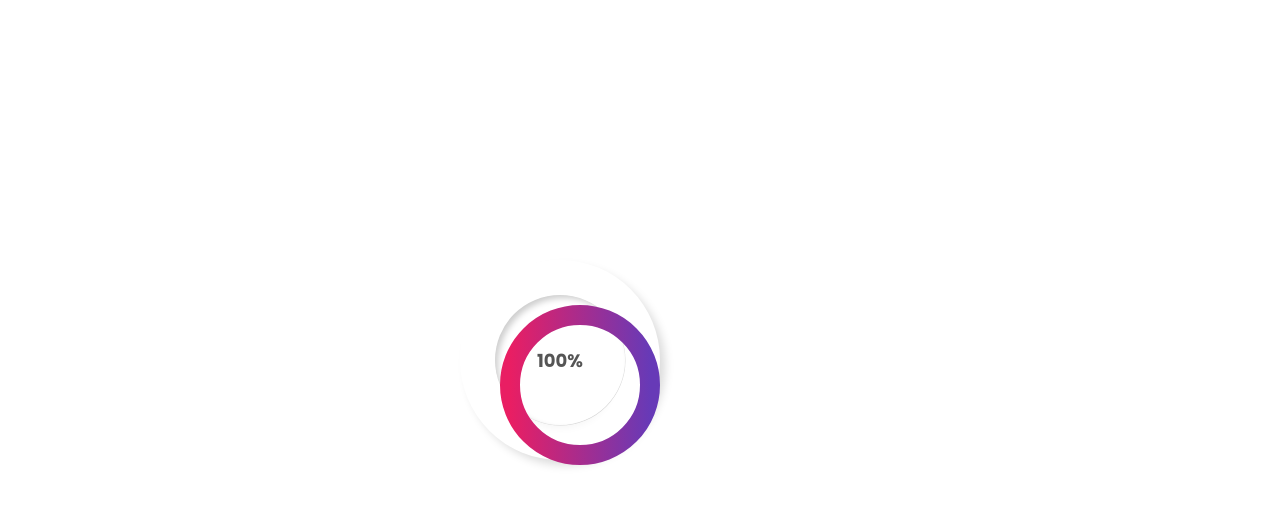
Repository: Ankitkr2021/Loader-Spinner
Page: index.html
An editor plug-in stored every save of this project. The page is shown before and after the next save, followed by the edit.
The browser window is 1280 px wide. The pictures show the whole page.

Above is the page before, as saved 2025-10-21 13:40:21.

After the next save:
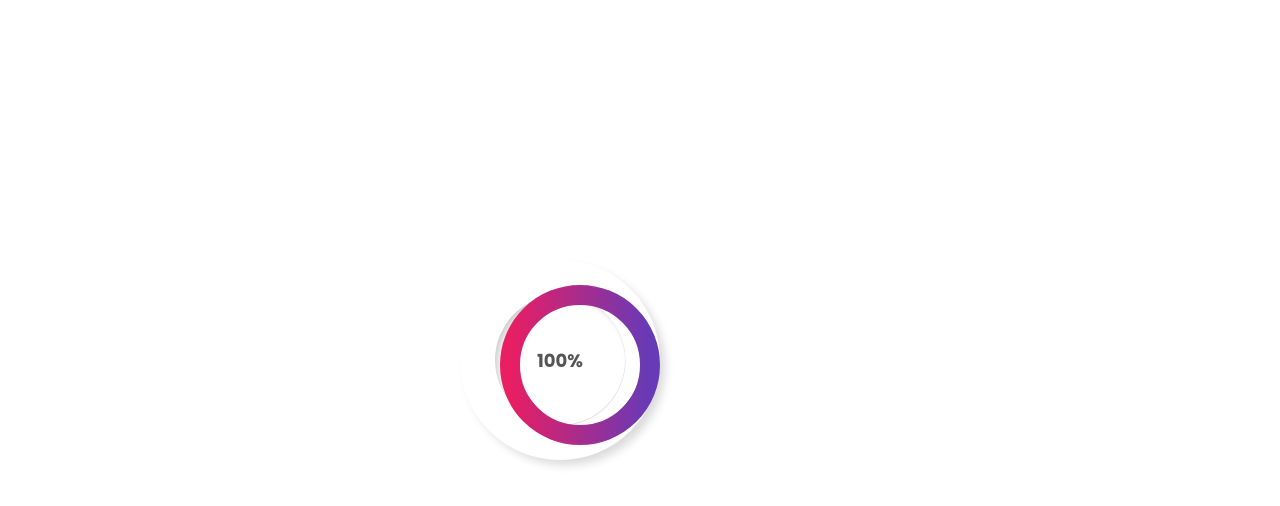
Saved 4 s later.
--- a/style.css
+++ b/style.css
@@ -66,6 +66,6 @@ circle {
 
 svg {
     position: relative;
-    top: 25px;
+    top: 5px;
     right: 160px;
 }
